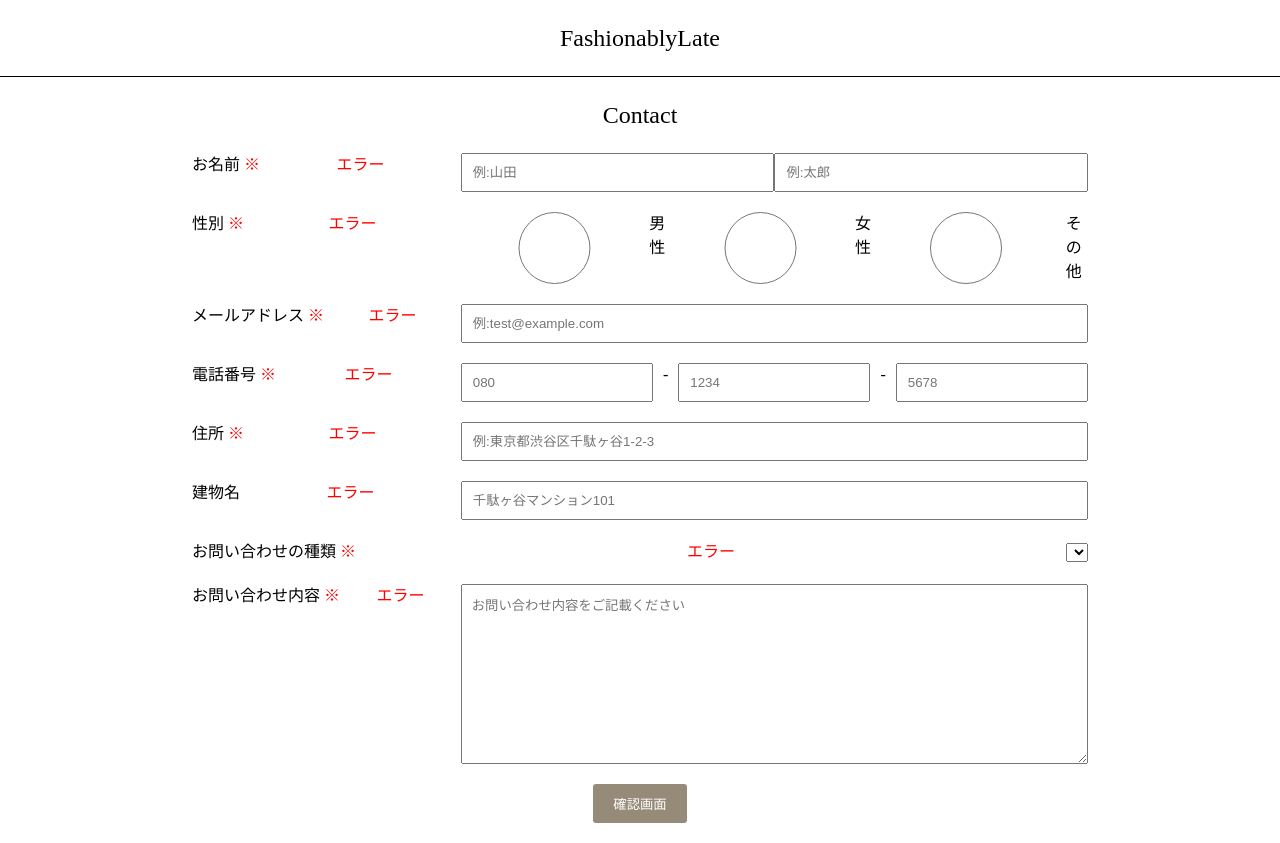
Repository: mayu-ya/test_form
Page: http://localhost/
An editor plug-in stored every save of this project. The page is shown before and after the next save, followed by the edit.
The browser window is 1280 px wide. The pictures show the whole page.
The page is served by the project's Laravel application, run on PHP 8.4 with Laravel 8.

Above is the page before, as saved 2026-01-17 10:41:22.

After the next save:
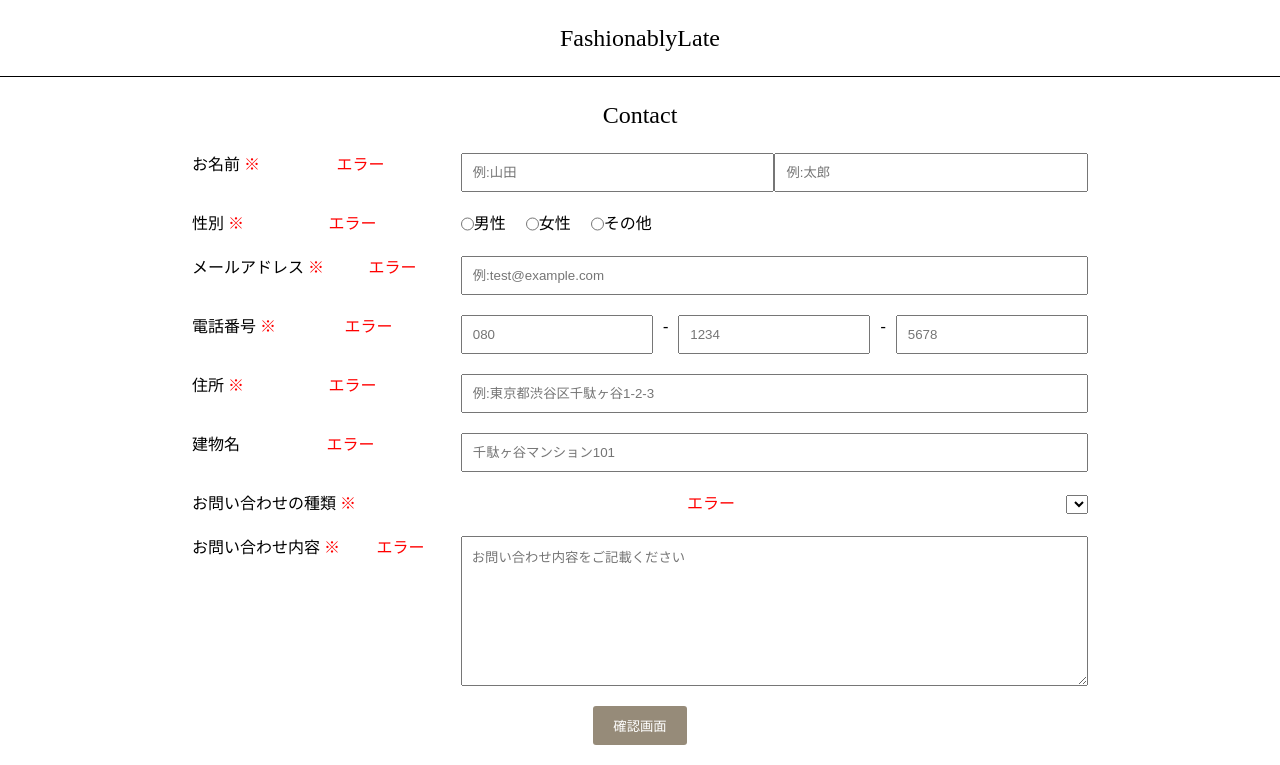
Saved 12 min 4 s later.
--- a/src/public/css/index.css
+++ b/src/public/css/index.css
@@ -34,9 +34,8 @@
     width: 70%;
 }
 
-.form__input-radio {
-    width: 50%;
-    justify-content: center;
+.form__input-radio:nth-child(n+2) {
+    margin-left: 20px;
 }
 
 .form__input-text,
@@ -46,7 +45,7 @@
 }
 
 .form__input-textarea {
-    height: 180px;
+    height: 150px;
 }
 
 .form__input-tel {
